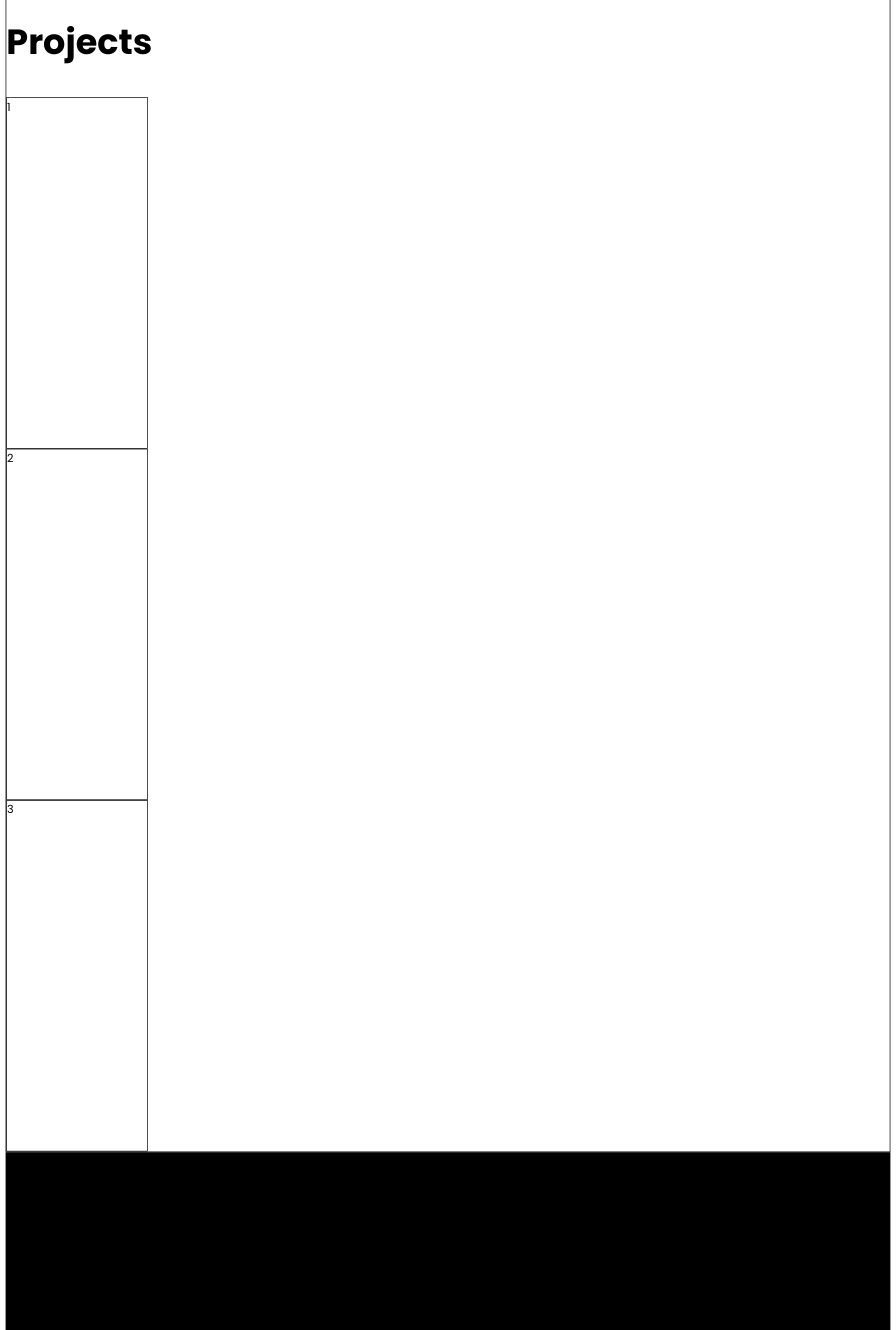
Repository: Jcparks84/Portfolio
Page: index.html
The author's editor kept a copy of each file at every save. The page is drawn from the files as they stood at one save, then again after a run of saves.
The browser window is 1280 px wide. The pictures show the part of the page from y = 1160 to 3060 px (the page is 3314 px tall), at 70% of full size.
A picture or video elsewhere on the page could not be fetched, so the positions and the page height are approximate.

Above is the page before, as saved 2022-08-10 16:15:39.

After the next 2 saves:
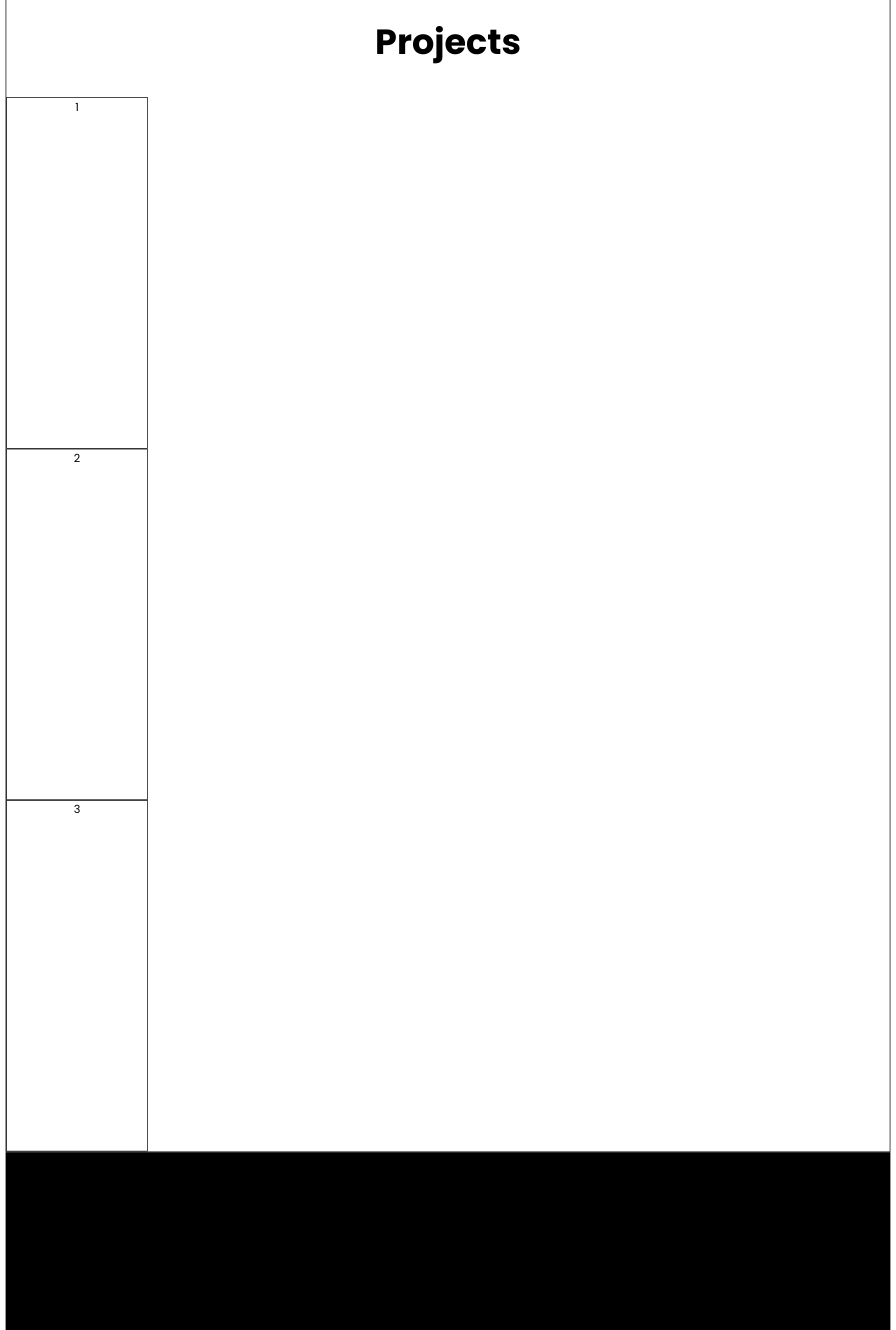
The 2 saves are shown as one change because they came seconds apart.
The last was saved 5 s later.
--- a/src/styles.css
+++ b/src/styles.css
@@ -107,7 +107,7 @@ p {
 .sub-section-alt {
     display: flex;
     flex-direction: column;
-    te
+    text-align: center;
 }
 
 .headshot {
